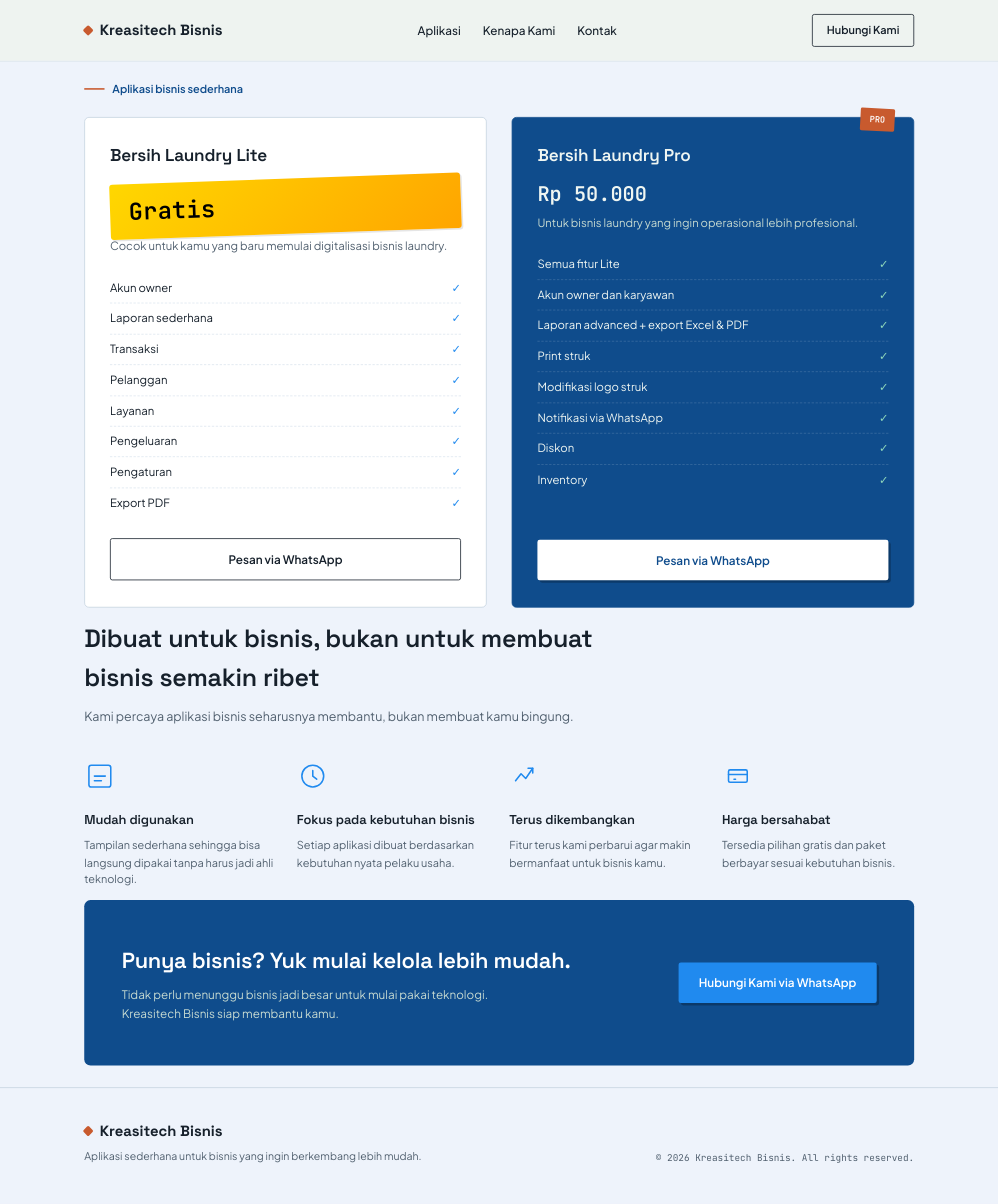
Repository: joao880hbhb/kreasitech
Page: produk/bersih-laundry.html
These files come from the project's save history. The page is drawn as it stood at one moment and after the next save; the edit follows.
The browser window is 1280 px wide. The pictures show the whole page, at 78% of full size.

Above is the page before, as saved 2026-09-14 21:41:57.

### produk/bersih-laundry.html
<!DOCTYPE html>
<html lang="id">
<head>
<meta charset="UTF-8">
<meta name="viewport" content="width=device-width, initial-scale=1.0">
<title>Kreasitech Bisnis — Membantu Bisnis Kamu</title>
<link rel="preconnect" href="https://fonts.googleapis.com">
<link rel="preconnect" href="https://fonts.gstatic.com" crossorigin>
<link href="https://fonts.googleapis.com/css2?family=Space+Grotesk:wght@500;600;700&family=Plus+Jakarta+Sans:wght@400;500;600;700&family=JetBrains+Mono:wght@400;500;600&display=swap" rel="stylesheet">
<style>
  :root{
    --paper:#EEF3FB;
    --paper-alt:#FFFFFF;
    --ink:#16202B;
    --ink-soft:#51606F;
    --pine:#208AEF;
    --pine-dark:#0F4C8C;
    --rust:#C85A2E;
    --line:#C6D3E1;
    --line-soft:#DCE5EF;
  }
  *{box-sizing:border-box; margin:0; padding:0;}
  html{scroll-behavior:smooth;}
  body{
    background:var(--paper);
    color:var(--ink);
    font-family:'Plus Jakarta Sans', sans-serif;
    line-height:1.55;
    -webkit-font-smoothing:antialiased;
  }
  img{max-width:100%; display:block;}
  a{color:inherit; text-decoration:none;}
  .wrap{max-width:1120px; margin:0 auto; padding:0 28px;}
  h1,h2,h3{font-family:'Space Grotesk', sans-serif; font-weight:600; letter-spacing:-0.01em;}
  .mono{font-family:'JetBrains Mono', monospace;}

  /* perforated divider — like a torn receipt edge */
  .tear{
    height:22px;
    width:100%;
    background:
      radial-gradient(circle at 11px 0, transparent 11px, var(--paper) 11.5px) repeat-x;
    background-size:22px 22px;
    background-position:0 -11px;
  }
  .tear.into-alt{ background-image:radial-gradient(circle at 11px 0, transparent 11px, var(--paper-alt) 11.5px);}
  .tear.into-paper{ background-image:radial-gradient(circle at 11px 0, transparent 11px, var(--paper) 11.5px);}
  .tear.into-dark{ background-image:radial-gradient(circle at 11px 0, transparent 11px, var(--pine-dark) 11.5px);}

  /* NAV */
  header{
    position:sticky; top:0; z-index:50;
    background:rgba(238,243,239,0.9);
    backdrop-filter:blur(8px);
    border-bottom:1px solid var(--line-soft);
  }
  nav{
    display:flex; align-items:center; justify-content:space-between;
    padding:18px 28px; max-width:1120px; margin:0 auto;
  }
  .brand{display:flex; align-items:center; gap:10px; font-family:'Space Grotesk'; font-weight:700; font-size:19px;}
  .brand .dot{width:10px; height:10px; border-radius:2px; background:var(--rust); transform:rotate(45deg);}
  .navlinks{display:flex; gap:28px; font-size:15px; font-weight:500;}
  .navlinks a:hover{color:var(--pine);}
  .btn-ghost{border:1.5px solid var(--ink); padding:9px 18px; border-radius:3px; font-weight:600; font-size:14px;}
  .btn-ghost:hover{background:var(--ink); color:var(--paper);}
  @media (max-width:720px){ .navlinks{display:none;} }

  /* HERO */
  .hero{padding:24px 0 0;}
  .hero-grid{display:grid; grid-template-columns:1.1fr 0.9fr; gap:56px; align-items:center;}
  @media (max-width:860px){ .hero-grid{grid-template-columns:1fr;} }
  .eyebrow-line{display:flex; align-items:center; gap:10px; font-size:14px; color:var(--pine-dark); font-weight:600; margin-bottom:18px;}
  .eyebrow-line::before{content:""; width:26px; height:2px; background:var(--rust);}
  .hero h1{font-size:46px; line-height:1.12; margin-bottom:20px;}
  @media (max-width:520px){ .hero h1{font-size:34px;} }
  .hero p.lead{font-size:18px; color:var(--ink-soft); max-width:46ch; margin-bottom:30px;}
  .hero-cta{display:flex; gap:14px; flex-wrap:wrap;}
  .btn-primary{
    background:var(--pine); color:#fff; padding:14px 26px; border-radius:3px;
    font-weight:600; font-size:15px; display:inline-block;
    box-shadow:3px 3px 0 var(--pine-dark);
    transition:transform .15s ease, box-shadow .15s ease;
  }
  .btn-primary:hover{ transform:translate(-2px,-2px); box-shadow:5px 5px 0 var(--pine-dark); }
  .btn-secondary{
    background:transparent; color:var(--ink); padding:14px 26px; border-radius:3px;
    font-weight:600; font-size:15px; border:1.5px solid var(--ink); display:inline-block;
  }
  .btn-secondary:hover{background:var(--ink); color:var(--paper);}
  .btn-whatsapp{
    background:#25D366; color:#fff; padding:14px 26px; border-radius:3px;
    font-weight:600; font-size:15px; display:inline-block; border:none;
    box-shadow:2px 2px 0 #128C7E;
    transition:transform .15s ease, box-shadow .15s ease;
  }
  .btn-whatsapp:hover{
    transform:translate(-2px,-2px); box-shadow:4px 4px 0 #128C7E;
  }

  /* hero receipt mockup */
  .receipt-mock{
    position:relative;
    background:var(--paper-alt);
    border:1px solid var(--line);
    border-radius:4px;
    padding:26px 24px 22px;
    max-width:340px;
    margin-left:auto;
    box-shadow:0 20px 50px -20px rgba(22,36,29,0.35);
    transform:rotate(2deg);
  }
  .receipt-mock::before,.receipt-mock::after{
    content:""; position:absolute; left:0; right:0; height:12px;
    background:
      radial-gradient(circle at 10px 6px, var(--paper) 6px, transparent 6.5px) repeat-x;
    background-size:20px 12px;
  }
  .receipt-mock::before{top:-6px;}
  .receipt-mock::after{bottom:-6px; transform:rotate(180deg);}
  .receipt-mock .r-head{display:flex; justify-content:space-between; align-items:baseline; border-bottom:1.5px dashed var(--line); padding-bottom:12px; margin-bottom:14px;}
  .receipt-mock .r-head span:first-child{font-family:'Space Grotesk'; font-weight:700; font-size:15px;}
  .receipt-mock .r-head span:last-child{font-family:'JetBrains Mono'; font-size:11px; color:var(--ink-soft);}
  .r-row{display:flex; justify-content:space-between; font-size:13.5px; margin-bottom:9px; font-family:'JetBrains Mono';}
  .r-row .name{color:var(--ink-soft); font-family:'Plus Jakarta Sans';}
  .r-total{
    display:flex; justify-content:space-between; margin-top:14px; padding-top:12px;
    border-top:1.5px dashed var(--line); font-weight:700; font-size:15px;
  }
  .r-status{
    display:inline-block; margin-top:16px; padding:5px 12px; border:2px solid var(--rust);
    color:var(--rust); font-family:'JetBrains Mono'; font-size:11px; font-weight:600;
    transform:rotate(-4deg); border-radius:2px;
  }

  section{padding:8px 0;}

  /* value props row */
  .value-row{
    display:grid; grid-template-columns:repeat(3,1fr); gap:0;
    border-top:1px solid var(--line); border-bottom:1px solid var(--line);
  }
  .value-row .vcell{padding:26px 22px; border-right:1px solid var(--line);}
  .value-row .vcell:last-child{border-right:none;}
  .value-row .vcell .num{font-family:'JetBrains Mono'; font-size:12px; color:var(--pine); margin-bottom:8px;}
  .value-row .vcell h3{font-size:17px; margin-bottom:6px;}
  .value-row .vcell p{font-size:14.5px; color:var(--ink-soft);}
  @media (max-width:720px){ .value-row{grid-template-columns:1fr;} .value-row .vcell{border-right:none; border-bottom:1px solid var(--line);} }

  /* products intro */
  .section-head{max-width:60ch; margin-bottom:44px;}
  .section-head h2{font-size:32px; margin-bottom:12px;}
  .section-head p{color:var(--ink-soft); font-size:16px;}

  .product-photo-wrap{
    position:relative; border-radius:6px; overflow:hidden; margin-bottom:48px;
    border:1px solid var(--line);
  }
  .product-photo-wrap img{width:100%; height:280px; object-fit:cover; filter:saturate(0.92) contrast(1.02);}
  .product-photo-wrap .tag{
    position:absolute; bottom:16px; left:16px; background:var(--paper-alt);
    padding:8px 14px; font-family:'JetBrains Mono'; font-size:12px; border-radius:3px;
    border:1px solid var(--line);
  }

  /* pricing / feature cards, receipt style */
  /* mobile-first: 2 kolom berdampingan dari layar paling kecil, melebar ke layout desktop */
  .plans{display:grid; grid-template-columns:1fr 1fr; gap:10px;}
  .plan{
    background:var(--paper-alt); border:1px solid var(--line); border-radius:6px;
    padding:18px 14px; position:relative; display:flex; flex-direction:column;
    min-width:0; /* cegah konten memaksa kolom melebar & merusak grid di layar kecil */
  }
  .plan.pro{background:var(--pine-dark); color:#EFF6F2; border-color:var(--pine-dark);}
  .plan .badge{
    position:absolute; top:-10px; right:14px; background:var(--rust); color:#fff;
    font-family:'JetBrains Mono'; font-size:10px; font-weight:600; padding:4px 9px;
    border-radius:2px; transform:rotate(3deg);
  }
  .plan h3{font-size:15.5px; margin-bottom:2px; line-height:1.25;}
  .plan .price{font-family:'JetBrains Mono'; font-size:17px; font-weight:600; margin:8px 0 4px;}
  .plan .price.free{
    background:linear-gradient(135deg, #FFD700 0%, #FFA500 100%);
    color:#000;
    padding:8px 16px;
    border-radius:4px;
    display:inline-block;
    box-shadow:2px 2px 0 rgba(0,0,0,0.1);
    transform:rotate(-2deg);
    font-size:20px;
    letter-spacing:0.5px;
  }
  .plan .sub{font-size:11.5px; color:var(--ink-soft); margin-bottom:14px; line-height:1.4;}
  .plan.pro .sub{color:#C6DAD1;}
  .plan ul{list-style:none; margin-bottom:16px; flex-grow:1;}
  .plan li{
    display:flex; justify-content:space-between; align-items:baseline; gap:6px; font-size:11.5px;
    padding:6px 0; border-bottom:1px dashed var(--line-soft);
  }
  .plan.pro li{border-bottom:1px dashed rgba(255,255,255,0.18);}
  .plan li:last-child{border-bottom:none;}
  .plan li .name{line-height:1.3;}
  .plan li .check{color:var(--pine); font-family:'JetBrains Mono'; flex-shrink:0;}
  .plan.pro li .check{color:#8FD8BB;}
  .plan .btn-secondary, .plan .btn-primary{padding:10px 12px; font-size:12.5px;}

  /* di layar lebih lebar, beri napas lebih longgar */
  @media (min-width:560px){
    .plans{gap:24px;}
    .plan{padding:28px 26px;}
    .plan h3{font-size:20px;}
    .plan .price{font-size:24px; margin:12px 0 6px;}
    .plan .price.free{font-size:28px; padding:10px 20px;}
    .plan .sub{font-size:14px; margin-bottom:22px;}
    .plan ul{margin-bottom:26px;}
    .plan li{font-size:13.5px; padding:8px 0;}
    .plan .badge{top:-12px; right:24px; font-size:11px; padding:6px 12px;}
    .plan .btn-secondary, .plan .btn-primary{padding:14px 26px; font-size:15px;}
  }
  @media (min-width:800px){
    .plans{gap:32px;}
    .plan{padding:34px 32px;}
    .plan h3{font-size:22px;}
    .plan .price{font-size:26px; margin:14px 0 6px;}
    .plan .price.free{font-size:30px; padding:12px 24px;}
    .plan .sub{font-size:14.5px; margin-bottom:24px;}
    .plan li{font-size:14.5px;}
  }

  /* why us */
  .why-grid{display:grid; grid-template-columns:repeat(4,1fr); gap:26px;}
  @media (max-width:900px){ .why-grid{grid-template-columns:1fr 1fr;} }
  @media (max-width:520px){ .why-grid{grid-template-columns:1fr;} }
  .why-card{padding:0;}
  .why-card .icon{width:40px; height:40px; margin-bottom:18px;}
  .why-card h3{font-size:16.5px; margin-bottom:8px;}
  .why-card p{font-size:14px; color:var(--ink-soft);}

  /* final cta */
  .final-cta{
    background:var(--pine-dark); color:#EFF6F2; border-radius:8px;
    padding:56px 48px; display:flex; justify-content:space-between; align-items:center; gap:32px;
  }
  @media (max-width:760px){ .final-cta{flex-direction:column; text-align:center; padding:44px 26px;} }
  .final-cta h2{font-size:28px; margin-bottom:10px; color:#fff;}
  .final-cta p{color:#C6DAD1; font-size:15px; max-width:44ch;}
  .final-cta .btn-primary{box-shadow:3px 3px 0 rgba(0,0,0,0.25); flex-shrink:0;}

  footer{padding:40px 0 50px; border-top:1px solid var(--line); margin-top:20px;}
  .foot-grid{display:flex; justify-content:space-between; align-items:flex-end; flex-wrap:wrap; gap:20px;}
  .foot-grid .brand{margin-bottom:8px;}
  footer p{font-size:13.5px; color:var(--ink-soft);}
  footer .copyright{font-family:'JetBrains Mono'; font-size:12px; color:var(--ink-soft);}
</style>
</head>
<body>

<header>
  <nav>
    <div class="brand"><span class="dot"></span>Kreasitech Bisnis</div>
    <div class="navlinks">
      <a href="#produk">Aplikasi</a>
      <a href="#kenapa">Kenapa Kami</a>
      <a href="#kontak">Kontak</a>
    </div>
    <a href="#kontak" class="btn-ghost">Hubungi Kami</a>
  </nav>
</header>

<section class="hero">
  <div class="wrap hero-grid">
    <div>
      <div class="eyebrow-line">Aplikasi bisnis sederhana</div>
      <!-- <h1>Bisnis kamu, tercatat rapi tanpa ribet.</h1> -->
      <!-- <p class="lead">Kreasitech Bisnis membuat aplikasi sederhana yang membantu usaha kecil mencatat transaksi, mengelola pelanggan, dan melihat semuanya dalam satu tempat.</p>
      <div class="hero-cta">
        <a href="#produk" class="btn-primary">Lihat Aplikasi</a>
        <a href="#kontak" class="btn-secondary">Hubungi Kami</a>
      </div> -->
    </div>
    <!-- <div>
      <div class="receipt-mock">
        <div class="r-head">
          <span>Bersih Laundry</span>
          <span>#0231 — Hari ini</span>
        </div>
        <div class="r-row"><span class="name">Cuci + Setrika, 3kg</span><span>Rp 21.000</span></div>
        <div class="r-row"><span class="name">Cuci Kering, 2kg</span><span>Rp 12.000</span></div>
        <div class="r-row"><span class="name">Setrika Saja, 1kg</span><span>Rp 6.000</span></div>
        <div class="r-total"><span>Total</span><span class="mono">Rp 39.000</span></div>
        <div class="r-status">SIAP DIAMBIL</div>
      </div>
    </div> -->
  </div>
</section>

<!-- <div class="wrap"><div class="value-row">
  <div class="vcell"><div class="num">01</div><h3>Mudah digunakan</h3><p>Tidak perlu jadi ahli teknologi untuk mulai memakainya.</p></div>
  <div class="vcell"><div class="num">02</div><h3>Tidak ribet</h3><p>Fokus pada yang penting: catat, kelola, selesai.</p></div>
  <div class="vcell"><div class="num">03</div><h3>Untuk semua skala</h3><p>Cocok dari bisnis rumahan sampai yang sedang berkembang.</p></div>
</div></div> -->

<section id="produk">
  <div class="wrap">
    <!-- <div class="section-head">
      <h2>Aplikasi untuk bisnis laundry kamu</h2>
      <p>Kami mulai dari kebutuhan yang paling nyata: usaha laundry yang selama ini masih mencatat transaksi di buku atau kertas nota.</p>
    </div>

    <div class="product-photo-wrap">
      <img src="https://picsum.photos/seed/kreasitech-laundry/1200/560" alt="Tumpukan pakaian bersih terlipat rapi di usaha laundry">
      <div class="tag mono">Bersih Laundry</div>
    </div> -->

    <div class="plans">
      <div class="plan">
        <h3>Bersih Laundry Lite</h3>
        <div class="price free">Gratis</div>
        <p class="sub">Cocok untuk kamu yang baru memulai digitalisasi bisnis laundry.</p>
        <ul>
          <li><span class="name">Akun owner</span><span class="check">✓</span></li>
          <li><span class="name">Laporan sederhana</span><span class="check">✓</span></li>
          <li><span class="name">Transaksi</span><span class="check">✓</span></li>
          <li><span class="name">Pelanggan</span><span class="check">✓</span></li>
          <li><span class="name">Layanan</span><span class="check">✓</span></li>
          <li><span class="name">Pengeluaran</span><span class="check">✓</span></li>
          <li><span class="name">Pengaturan</span><span class="check">✓</span></li>
          <li><span class="name">Export PDF</span><span class="check">✓</span></li>
        </ul>
        <a href="https://wa.me/6285961084254?text=Halo%20Kreasitech%2C%20saya%20tertarik%20dengan%20*Bersih%20Laundry%20Lite%20(Gratis)*%20dan%20ingin%20informasi%20lebih%20lanjut." class="btn-secondary" style="text-align:center;" target="_blank" rel="noopener">Pesan via WhatsApp</a>
      </div>

      <div class="plan pro">
        <div class="badge">PRO</div>
        <h3>Bersih Laundry Pro</h3>
        <div class="price">Rp 50.000</div>
        <p class="sub">Untuk bisnis laundry yang ingin operasional lebih profesional.</p>
        <ul>
          <li><span class="name">Semua fitur Lite</span><span class="check">✓</span></li>
          <li><span class="name">Akun owner dan karyawan</span><span class="check">✓</span></li>
          <li><span class="name">Laporan advanced + export Excel &amp; PDF</span><span class="check">✓</span></li>
          <li><span class="name">Print struk</span><span class="check">✓</span></li>
          <li><span class="name">Modifikasi logo struk</span><span class="check">✓</span></li>
          <li><span class="name">Notifikasi via WhatsApp</span><span class="check">✓</span></li>
          <li><span class="name">Diskon</span><span class="check">✓</span></li>
          <li><span class="name">Inventory</span><span class="check">✓</span></li>
        </ul>
        <a href="https://wa.me/6285961084254?text=Halo%20Kreasitech%2C%20saya%20tertarik%20dengan%20*Bersih%20Laundry%20Pro%20(Rp%2050.000)*%20dan%20ingin%20informasi%20lebih%20lanjut." class="btn-primary" style="text-align:center; background:#fff; color:var(--pine-dark); box-shadow:3px 3px 0 rgba(0,0,0,0.25);" target="_blank" rel="noopener">Pesan via WhatsApp</a>
      </div>
    </div>
  </div>
</section>

<section id="kenapa">
  <div class="wrap">
    <div class="section-head">
      <h2>Dibuat untuk bisnis, bukan untuk membuat bisnis semakin ribet</h2>
      <p>Kami percaya aplikasi bisnis seharusnya membantu, bukan membuat kamu bingung.</p>
    </div>
    <div class="why-grid">
      <div class="why-card">
        <svg class="icon" viewBox="0 0 40 40" fill="none"><rect x="6" y="6" width="28" height="28" rx="3" stroke="#208AEF" stroke-width="2"/><path d="M13 20h14M13 26h9" stroke="#208AEF" stroke-width="2" stroke-linecap="round"/></svg>
        <h3>Mudah digunakan</h3>
        <p>Tampilan sederhana sehingga bisa langsung dipakai tanpa harus jadi ahli teknologi.</p>
      </div>
      <div class="why-card">
        <svg class="icon" viewBox="0 0 40 40" fill="none"><circle cx="20" cy="20" r="14" stroke="#208AEF" stroke-width="2"/><path d="M20 13v7l5 4" stroke="#208AEF" stroke-width="2" stroke-linecap="round"/></svg>
        <h3>Fokus pada kebutuhan bisnis</h3>
        <p>Setiap aplikasi dibuat berdasarkan kebutuhan nyata pelaku usaha.</p>
      </div>
      <div class="why-card">
        <svg class="icon" viewBox="0 0 40 40" fill="none"><path d="M8 26l7-9 6 6 9-13" stroke="#208AEF" stroke-width="2" stroke-linecap="round" stroke-linejoin="round"/><path d="M24 10h6v6" stroke="#208AEF" stroke-width="2" stroke-linecap="round" stroke-linejoin="round"/></svg>
        <h3>Terus dikembangkan</h3>
        <p>Fitur terus kami perbarui agar makin bermanfaat untuk bisnis kamu.</p>
      </div>
      <div class="why-card">
        <svg class="icon" viewBox="0 0 40 40" fill="none"><rect x="8" y="12" width="24" height="16" rx="2" stroke="#208AEF" stroke-width="2"/><path d="M8 18h24M15 24h2" stroke="#208AEF" stroke-width="2" stroke-linecap="round"/></svg>
        <h3>Harga bersahabat</h3>
        <p>Tersedia pilihan gratis dan paket berbayar sesuai kebutuhan bisnis.</p>
      </div>
    </div>
  </div>
</section>

<section id="kontak">
  <div class="wrap">
    <div class="final-cta">
      <div>
        <h2>Punya bisnis? Yuk mulai kelola lebih mudah.</h2>
        <p>Tidak perlu menunggu bisnis jadi besar untuk mulai pakai teknologi. Kreasitech Bisnis siap membantu kamu.</p>
      </div>
      <a href="https://wa.me/6285961084254?text=Halo%20Kreasitech%2C%20saya%20ingin%20konsultasi%20tentang%20aplikasi%20Bersih%20Laundry." class="btn-primary" target="_blank" rel="noopener">Hubungi Kami via WhatsApp</a>
    </div>
  </div>
</section>

<footer>
  <div class="wrap foot-grid">
    <div>
      <div class="brand"><span class="dot"></span>Kreasitech Bisnis</div>
      <p>Aplikasi sederhana untuk bisnis yang ingin berkembang lebih mudah.</p>
    </div>
    <div class="copyright">© 2026 Kreasitech Bisnis. All rights reserved.</div>
  </div>
</footer>

</body>
</html>

After the next save:
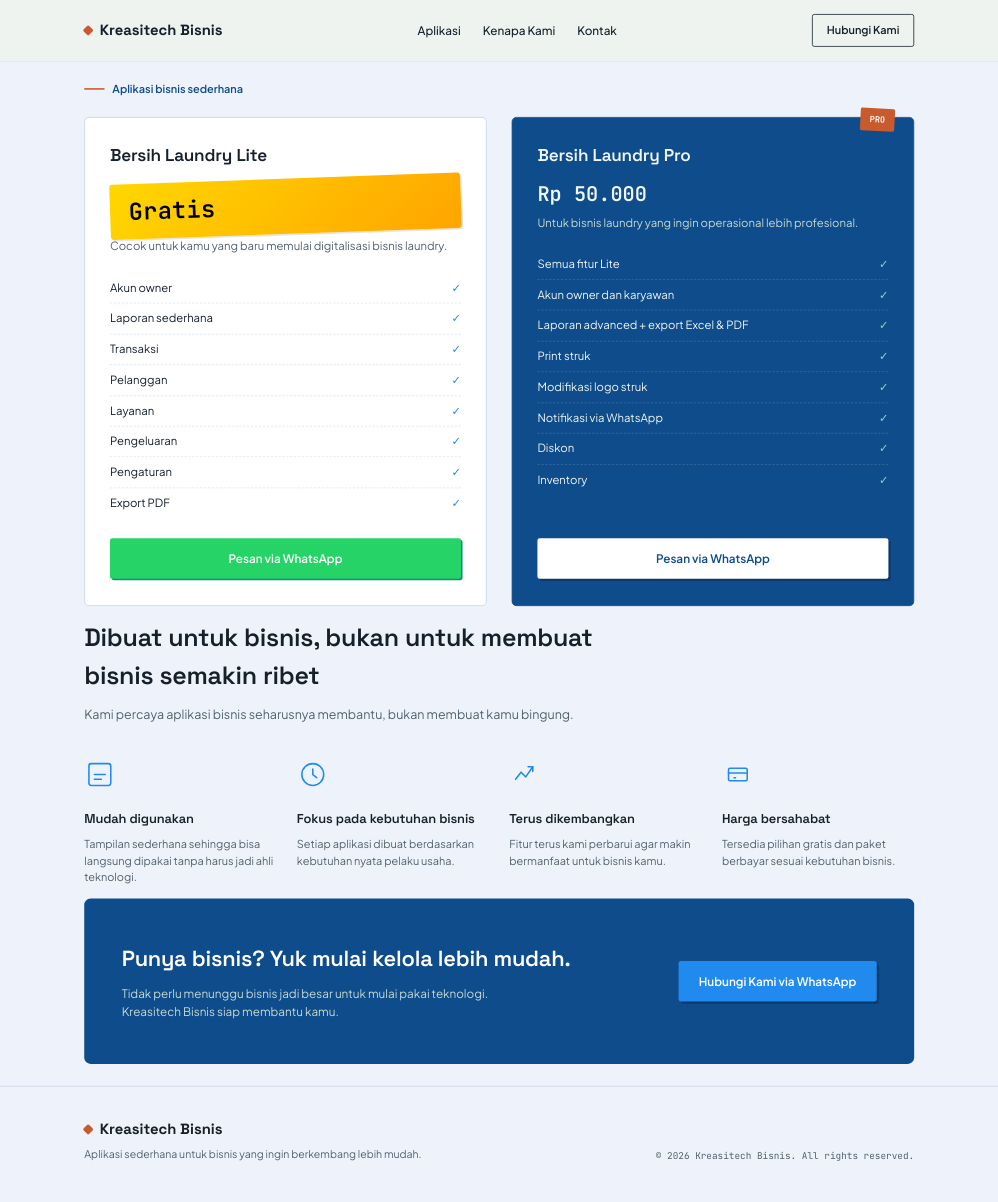
Saved 8 s later.
--- a/produk/bersih-laundry.html
+++ b/produk/bersih-laundry.html
@@ -327,7 +327,7 @@
           <li><span class="name">Pengaturan</span><span class="check">✓</span></li>
           <li><span class="name">Export PDF</span><span class="check">✓</span></li>
         </ul>
-        <a href="https://wa.me/6285961084254?text=Halo%20Kreasitech%2C%20saya%20tertarik%20dengan%20*Bersih%20Laundry%20Lite%20(Gratis)*%20dan%20ingin%20informasi%20lebih%20lanjut." class="btn-secondary" style="text-align:center;" target="_blank" rel="noopener">Pesan via WhatsApp</a>
+        <a href="https://wa.me/6285961084254?text=Halo%20Kreasitech%2C%20saya%20tertarik%20dengan%20*Bersih%20Laundry%20Lite%20(Gratis)*%20dan%20ingin%20informasi%20lebih%20lanjut." class="btn-whatsapp" style="text-align:center;" target="_blank" rel="noopener">Pesan via WhatsApp</a>
       </div>
 
       <div class="plan pro">
